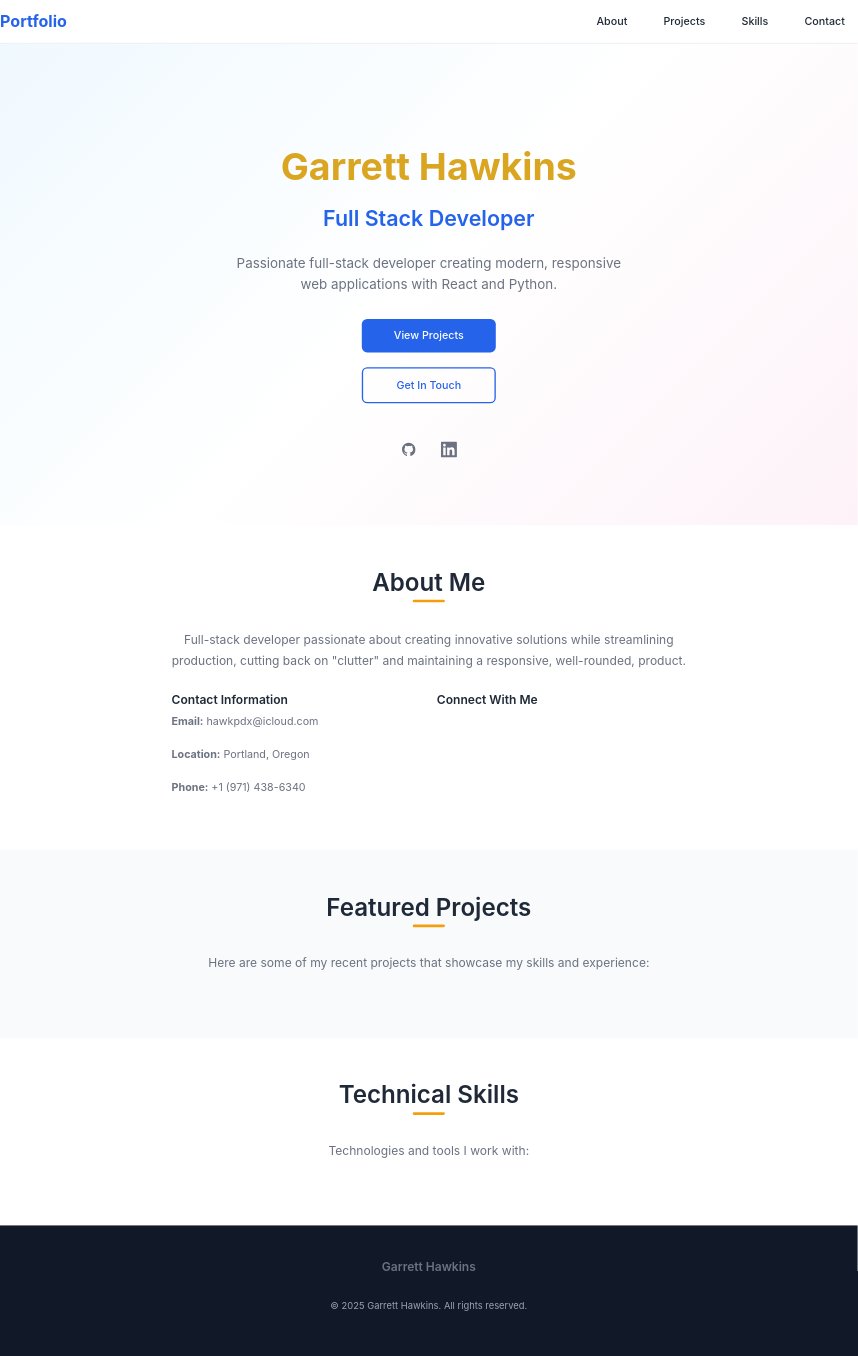
Repository: Hawk-PDX/project-dev-resume
Page: /
These files come from the project's save history. The page is drawn as it stood at one moment and after a run of saves; the edit follows.
The browser window is 1280 px wide. The pictures show the whole page, at 67% of full size.
The page's requests for data from a server got no answer. The project was rebuilt for these pictures with package versions that can differ from the ones it lists, and the page was loaded fresh each time. No one was signed in, and anything a server would have sent is missing. Also part of the build but not shown: vite.config.js.

Above is the page before, as saved 2025-08-27 16:48:09.

### src/index.css
:root {
  font-family: Monaco, monospace;
  line-height: 1.5;
  font-weight: 400;

  color-scheme: light dark;
  color: rgba(255, 255, 255, 0.87);
  background-color: #242424;

  font-synthesis: none;
  text-rendering: optimizeLegibility;
  -webkit-font-smoothing: antialiased;
  -moz-osx-font-smoothing: grayscale;

  --text-color: #646cff; /* Link color */
  --primary-color: goldenrod; /* Color for hover effects */
  --background-color: rgba(255, 255, 255, 0.87); /* Background color for nav */
  --border-color: #ccc; /* Border color */
}



a {
  font-weight: 500;
  color: #646cff;
  margin: 3px;
  padding: 3px;
}
a:hover {
  color: goldenrod;
}

body {
  margin: 0;
  min-width: 320px;
  min-height: 100vh;
}

nav a{
  color: #646cff;
  background-color: rgba(255, 255, 255, 0.87);
}


h1 {
  font-size: 3.2em;
  line-height: 1.1;
}

button {
  border-radius: 8px;
  border: 1px solid transparent;
  padding: 0.6em 1.2em;
  font-size: 1em;
  font-weight: 500;
  font-family: inherit;
  background-color: #1a1a1a;
  cursor: pointer;
  transition: border-color 0.25s;
}
button:hover {
  border-color: goldenrod;
  color: goldenrod;
}
button:focus,
button:focus-visible {
  outline: 4px auto -webkit-focus-ring-color;
}

@media (prefers-color-scheme: light) {
  :root {
    color: #213547;
    background-color: #ffffff;
  }
  a:hover {
    color: goldenrod;
  }
  button {
    background-color: #f9f9f9;
  }
}

### src/App.jsx
import React from 'react';
import Navbar from './components/Navbar';
import Hero from './components/Hero';
import About from './components/About';
import Projects from './components/Projects';
import Skills from './components/Skills';
import Footer from './components/Footer';
import './styles.css';

function App() {
  return (
    <div className="App">
      <Navbar />
      <main style={{ paddingTop: '4rem' }}>
        <Hero />
        <About />
        <Projects />
        <Skills />
      </main>
      <Footer />
    </div>
  );
}

export default App;

### src/components/Navbar.jsx
import React, { useState, useEffect } from 'react';

const Navbar = () => {
  const [isOpen, setIsOpen] = useState(false);
  const [isMobile, setIsMobile] = useState(false);

  const navigation = [
    { name: 'About', href: '#about' },
    { name: 'Projects', href: '#projects' },
    { name: 'Skills', href: '#skills' },
    { name: 'Contact', href: '#contact' },
  ];

  useEffect(() => {
    const checkMobile = () => {
      setIsMobile(window.innerWidth <= 768);
    };

    checkMobile();
    window.addEventListener('resize', checkMobile);

    return () => window.removeEventListener('resize', checkMobile);
  }, []);

  return (
    <nav style={{
      position: 'fixed',
      top: 0,
      left: 0,
      right: 0,
      zIndex: 50,
      backgroundColor: 'rgba(255, 255, 255, 0.95)',
      backdropFilter: 'blur(10px)',
      borderBottom: '1px solid var(--border-color)'
    }}>
      <div className="max-w-7xl mx-auto px-4 sm:px-6 lg:px-8">
        <div style={{
          display: 'flex',
          justifyContent: 'space-between',
          alignItems: 'center',
          height: '4rem'
        }}>
          <div>
            <span style={{
              fontSize: '1.5rem',
              fontWeight: 'bold',
              color: 'var(--primary-color)'
            }}>Portfolio</span>
          </div>

          {!isMobile && (
            <div>
              <div style={{
                display: 'flex',
                gap: '1rem',
                alignItems: 'center'
              }}>
                {navigation.map((item) => (
                  <a
                    key={item.name}
                    href={item.href}
                    style={{
                      color: 'var(--text-color)',
                      padding: '0.5rem 1rem',
                      borderRadius: '0.375rem',
                      textDecoration: 'none',
                      transition: 'color 0.2s ease'
                    }}
                    onMouseEnter={(e) => e.target.style.color = 'var(--primary-color)'}
                    onMouseLeave={(e) => e.target.style.color = 'var(--text-color)'}
                  >
                    {item.name}
                  </a>
                ))}
              </div>
            </div>
          )}

          {isMobile && (
            <div>
              <button
                onClick={() => setIsOpen(!isOpen)}
                style={{
                  color: 'var(--text-color)',
                  padding: '0.5rem',
                  background: 'none',
                  border: 'none',
                  cursor: 'pointer',
                  fontSize: '1.25rem'
                }}
              >
                {isOpen ? '✕' : '☰'}
              </button>
            </div>
          )}
        </div>
      </div>

      {isOpen && isMobile && (
        <div style={{
          backgroundColor: 'var(--background-color)',
          borderBottom: '1px solid var(--border-color)'
        }}>
          <div style={{ padding: '1rem' }}>
            {navigation.map((item) => (
              <a
                key={item.name}
                href={item.href}
                style={{
                  color: 'var(--text-color)',
                  display: 'block',
                  padding: '0.75rem 1rem',
                  textDecoration: 'none',
                  transition: 'color 0.2s ease'
                }}
                onClick={() => setIsOpen(false)}
                onMouseEnter={(e) => e.target.style.color = 'var(--primary-color)'}
                onMouseLeave={(e) => e.target.style.color = 'var(--text-color)'}
              >
                {item.name}
              </a>
            ))}
          </div>
        </div>
      )}
    </nav>
  );
};

export default Navbar;

### src/components/About.jsx
import React from 'react';
import { usePersonalInfo } from '../hooks/useData';

const About = () => {
  const { data: personalInfo, loading } = usePersonalInfo();

  if (loading) return <div className="py-20 text-center">Loading...</div>;

  return (
    <section id="about" className="section" style={{ backgroundColor: 'var(--background-color)' }}>
      <div className="container">
        <div className="text-center mb-8">
          <h2 className="section-title">About Me</h2>
        </div>

        <div style={{ maxWidth: '48rem', margin: '0 auto', textAlign: 'center' }}>
          <p style={{ fontSize: '1.125rem', color: 'var(--text-light)', lineHeight: '1.75' }}>
            {personalInfo?.summary || 'Full-stack developer passionate about creating innovative solutions while streamlining production, cutting back on "clutter" and maintaining a responsive, well-rounded, product.'}
          </p>

          <div style={{ marginTop: '2rem', display: 'grid', gridTemplateColumns: 'repeat(auto-fit, minmax(250px, 1fr))', gap: '1.5rem', textAlign: 'left' }}>
            <div>
              <h3 style={{ fontSize: '1.125rem', fontWeight: '600', color: 'var(--text-color)', marginBottom: '0.5rem' }}>Contact Information</h3>
              <div style={{ display: 'flex', flexDirection: 'column', gap: '0.5rem', color: 'var(--text-light)' }}>
                <p><strong>Email:</strong> {personalInfo?.email || 'hawkpdx@icloud.com'}</p>
                <p><strong>Location:</strong> {personalInfo?.location || 'Portland, Oregon'}</p>
                <p><strong>Phone:</strong> {personalInfo?.phone || '+1 (971) 438-6340'}</p>
              </div>
            </div>

            <div>
              <h3 style={{ fontSize: '1.125rem', fontWeight: '600', color: 'var(--text-color)', marginBottom: '0.5rem' }}>Connect With Me</h3>
              <div style={{ display: 'flex', flexDirection: 'column', gap: '0.5rem' }}>
                {personalInfo?.github && (
                  <a href={personalInfo.github} style={{ color: 'var(--primary-color)', display: 'block' }}>
                    GitHub
                  </a>
                )}
                {personalInfo?.linkedin && (
                  <a href={personalInfo.linkedin} style={{ color: 'var(--primary-color)', display: 'block' }}>
                    LinkedIn
                  </a>
                )}
                {personalInfo?.website && (
                  <a href={personalInfo.website} style={{ color: 'var(--primary-color)', display: 'block' }}>
                    Personal Website
                  </a>
                )}
              </div>
            </div>
          </div>
        </div>
      </div>
    </section>
  );
};

export default About;

### src/components/Projects.jsx
import React from 'react';
import { useProjects } from '../hooks/useData';
import { ArrowTopRightOnSquareIcon } from '@heroicons/react/24/outline';

const Projects = () => {
  const { data: projects, loading } = useProjects();

  console.log("Projects data:", JSON.stringify(projects, null, 2)); // Log the projects data in a readable format
  const uniqueProjects = projects.filter((project, index, self) =>
    index === self.findIndex((p) => p.id === project.id)
  ); // Ensure unique projects

  console.log("Unique Projects data:", JSON.stringify(uniqueProjects, null, 2)); // Log the unique projects data in a readable format

  if (loading) return <div className="py-20 text-center">Loading projects...</div>;

  return (
    <section id="projects" className="section" style={{ backgroundColor: 'var(--card-bg)' }}>
      <div className="container">
        <div className="text-center mb-8">
          <h2 className="section-title">Featured Projects</h2>
          <p style={{ fontSize: '1.125rem', color: 'var(--text-light)', maxWidth: '42rem', margin: '0 auto' }}>
            Here are some of my recent projects that showcase my skills and experience:
          </p>
        </div>

        <div style={{ display: 'grid', gridTemplateColumns: 'repeat(auto-fit, minmax(300px, 1fr))', gap: '2rem' }}>
          {uniqueProjects.map((project) => (
            <div key={project.id} className="card" style={{ overflow: 'hidden' }}>
              <div style={{ height: '12rem', background: 'linear-gradient(135deg, var(--primary-color), #8b5cf6)', display: 'flex', alignItems: 'center', justifyContent: 'center' }}>
                <span style={{ color: 'white', fontSize: '1.25rem', fontWeight: 'bold' }}>{project.title}</span>
              </div>

              <div style={{ padding: '1.5rem' }}>
                <h3 style={{ fontSize: '1.25rem', fontWeight: '600', color: 'var(--text-color)', marginBottom: '0.5rem' }}>{project.title}</h3>
                <p style={{ color: 'var(--text-light)', marginBottom: '1rem' }}>{project.description}</p>

                <div style={{ marginBottom: '1rem' }}>
                  <span style={{ fontSize: '0.875rem', fontWeight: '500', color: 'var(--text-color)' }}>Technologies:</span>
                  <div style={{ display: 'flex', flexWrap: 'wrap', gap: '0.5rem', marginTop: '0.5rem' }}>
                    {project.technologies?.split(',').map((tech) => (
                      <span
                        key={tech}
                        style={{ padding: '0.25rem 0.5rem', backgroundColor: 'rgba(99, 102, 241, 0.1)', color: 'var(--primary-color)', fontSize: '0.75rem', borderRadius: '9999px' }}
                      >
                        {tech.trim()}
                      </span>
                    ))}
                  </div>
                </div>

                <div style={{ display: 'flex', gap: '1rem' }}>
                  {project.github_url && (
                    <a
                      href={project.github_url}
                      style={{ display: 'flex', alignItems: 'center', color: 'var(--text-light)' }}
                      target="_blank"
                      rel="noopener noreferrer"
                    >
                      <span style={{ height: '1.25rem', width: '1.25rem', marginRight: '0.25rem' }}>GitHub</span>
                      Code
                    </a>
                  )}
                  {project.live_url && (
                    <a
                      href={project.live_url}
                      style={{ display: 'flex', alignItems: 'center', color: 'var(--text-light)' }}
                      target="_blank"
                      rel="noopener noreferrer"
                    >
                      <ArrowTopRightOnSquareIcon style={{ height: '1.25rem', width: '1.25rem', marginRight: '0.25rem' }} />
                      Live Demo
                    </a>
                  )}
                </div>
              </div>
            </div>
          ))}
        </div>
      </div>
    </section>
  );
};

export default Projects;

### src/components/Skills.jsx
import React from 'react';
import { useSkills } from '../hooks/useData';

const Skills = () => {
  const { data: skills, loading } = useSkills();

  if (loading) return <div className="py-20 text-center">Loading skills...</div>;

  const skillCategories = Object.keys(skills);

  return (
    <section id="skills" className="section" style={{ backgroundColor: 'var(--background-color)' }}>
      <div className="container">
        <div className="text-center mb-8">
          <h2 className="section-title">Technical Skills</h2>
          <p style={{ fontSize: '1.125rem', color: 'var(--text-light)', maxWidth: '42rem', margin: '0 auto' }}>
            Technologies and tools I work with:
          </p>
        </div>

        <div style={{ display: 'grid', gridTemplateColumns: 'repeat(auto-fit, minmax(250px, 1fr))', gap: '2rem' }}>
          {skillCategories.map((category) => (
            <div key={category} className="card">
              <h3 style={{ fontSize: '1.125rem', fontWeight: '600', color: 'var(--text-color)', marginBottom: '1rem', textTransform: 'capitalize' }}>
                {category}
              </h3>
              <div style={{ display: 'flex', flexDirection: 'column', gap: '0.75rem' }}>
                {skills[category]?.map((skill) => (
                  <div key={skill.name}>
                    <div style={{ display: 'flex', justifyContent: 'space-between', fontSize: '0.875rem', marginBottom: '0.25rem' }}>
                      <span style={{ color: 'var(--text-color)' }}>{skill.name}</span>
                      <span style={{ color: 'var(--text-light)' }}>{skill.level}/5</span>
                    </div>
                    <div style={{ width: '100%', backgroundColor: 'var(--border-color)', borderRadius: '9999px', height: '0.5rem' }}>
                      <div
                        style={{ backgroundColor: 'var(--primary-color)', height: '0.5rem', borderRadius: '9999px', width: `${(skill.level / 5) * 100}%` }}
                      ></div>
                    </div>
                  </div>
                ))}
              </div>
            </div>
          ))}
        </div>
      </div>
    </section>
  );
};

export default Skills;

### src/components/Footer.jsx
import React from 'react';
import { usePersonalInfo } from '../hooks/useData';

const Footer = () => {
  const { data: personalInfo } = usePersonalInfo();

  return (
    <footer style={{ backgroundColor: '#111827', color: 'white', padding: '3rem 0' }}>
      <div className="container">
        <div style={{ textAlign: 'center' }}>
          <p style={{ fontSize: '1.125rem', fontWeight: '600', marginBottom: '1rem' }}>
            {personalInfo?.name || 'Garrett Hawkins'}
          </p>
          <div style={{ display: 'flex', justifyContent: 'center', gap: '1.5rem', marginBottom: '1rem' }}>
            {personalInfo?.email && (
              <a href={`mailto:${personalInfo.email}`} style={{ color: '#d1d5db' }}>
                {personalInfo.email}
            </a>
            )}
            {personalInfo?.phone && (
              <span style={{ color: '#d1d5db' }}>{personalInfo.phone}</span>
            )}
            {personalInfo?.linkedin && (
              <a href={personalInfo.linkedin} style={{ color: '#d1d5db' }}>
                LinkedIn
              </a>
            )}
            {personalInfo?.github && (
              <a href={personalInfo.github} style={{ color: '#d1d5db' }}>
                GitHub
              </a>
            )}
          </div>
          <p style={{ color: '#9ca3af', fontSize: '0.875rem' }}>
            © 2025 {personalInfo?.name || 'Garrett Hawkins'}. All rights reserved.
          </p>
        </div>
      </div>
    </footer>
  );
};

export default Footer;

### src/styles.css
/* Modern, professional color scheme */
:root {
  --primary-color: #2563eb;
  --secondary-color: #64748b;
  --accent-color: #f59e0b;
  --background-color: #ffffff;
  --text-color: #1f2937;
  --text-light: #6b7280;
  --border-color: #e5e7eb;
  --success-color: #10b981;
  --error-color: #ef4444;
  --card-bg: #f8fafc;
  --hover-color: #f1f5f9;
}

/* Dark mode support */
@media (prefers-color-scheme: dark) {
  :root {
    --background-color: #0f172a;
    --text-color: #f1f5f9;
    --text-light: #94a3b8;
    --border-color: #334155;
    --card-bg: #1e293b;
    --hover-color: #334155;
  }
}

/* Base styles */
* {
  margin: 0;
  padding: 0;
  box-sizing: border-box;
}

html {
  scroll-behavior: smooth;
}

body {
  font-family: 'Inter', system-ui, -apple-system, BlinkMacSystemFont, 'Segoe UI', Roboto, sans-serif;
  line-height: 1.6;
  color: var(--text-color);
  background-color: var(--background-color);
  -webkit-font-smoothing: antialiased;
  -moz-osx-font-smoothing: grayscale;
}

/* Typography */
h1, h2, h3, h4, h5, h6 {
  font-weight: 600;
  line-height: 1.2;
  margin-bottom: 1rem;
}

h1 {
  font-size: 3rem;
  font-weight: 700;
}

h2 {
  font-size: 2.25rem;
}

h3 {
  font-size: 1.875rem;
}

p {
  margin-bottom: 1rem;
  color: var(--text-light);
}

/* Links */
a {
  color: var(--primary-color);
  text-decoration: none;
  transition: color 0.2s ease;
}

a:hover {
  color: var(--accent-color);
}

/* Buttons */
.btn {
  display: inline-flex;
  align-items: center;
  justify-content: center;
  padding: 0.75rem 1.5rem;
  border-radius: 0.5rem;
  font-weight: 500;
  text-decoration: none;
  transition: all 0.2s ease;
  border: none;
  cursor: pointer;
  font-size: 1rem;
}

.btn-primary {
  background-color: var(--primary-color);
  color: white;
}

.btn-primary:hover {
  background-color: #1d4ed8;
  transform: translateY(-1px);
}

.btn-secondary {
  background-color: transparent;
  color: var(--primary-color);
  border: 2px solid var(--primary-color);
}

.btn-secondary:hover {
  background-color: var(--primary-color);
  color: white;
}

/* Container */
.container {
  max-width: 1200px;
  margin: 0 auto;
  padding: 0 1rem;
}

/* Section spacing */
.section {
  padding: 4rem 0;
}

.section-title {
  text-align: center;
  margin-bottom: 3rem;
  position: relative;
}

.section-title::after {
  content: '';
  position: absolute;
  bottom: -0.5rem;
  left: 50%;
  transform: translateX(-50%);
  width: 3rem;
  height: 0.25rem;
  background-color: var(--accent-color);
  border-radius: 0.125rem;
}

/* Card component */
.card {
  background: var(--card-bg);
  border-radius: 0.75rem;
  padding: 1.5rem;
  border: 1px solid var(--border-color);
  transition: transform 0.2s ease, box-shadow 0.2s ease;
}

.card:hover {
  transform: translateY(-2px);
  box-shadow: 0 10px 25px rgba(0, 0, 0, 0.1);
}

/* Utility classes */
.text-center {
  text-align: center;
}

.mb-1 { margin-bottom: 0.25rem; }
.mb-2 { margin-bottom: 0.5rem; }
.mb-4 { margin-bottom: 1rem; }
.mb-6 { margin-bottom: 1.5rem; }
.mb-8 { margin-bottom: 2rem; }

.mt-1 { margin-top: 0.25rem; }
.mt-2 { margin-top: 0.5rem; }
.mt-4 { margin-top: 1rem; }
.mt-6 { margin-top: 1.5rem; }
.mt-8 { margin-top: 2rem; }

/* Responsive design */
@media (max-width: 768px) {
  .container {
    padding: 0 0.5rem;
  }

  h1 {
    font-size: 2.25rem;
  }

  h2 {
    font-size: 1.875rem;
  }

  .section {
    padding: 2rem 0;
  }

  .btn {
    padding: 0.625rem 1.25rem;
    font-size: 0.875rem;
  }
}

Loaded but not shown: index.html (common file); src/main.jsx (common file); src/hooks/useData.js (94 lines, source omitted); src/services/api.js (56 lines, source omitted); src/components/Hero.jsx (106 lines, source omitted)

After the next 2 saves:
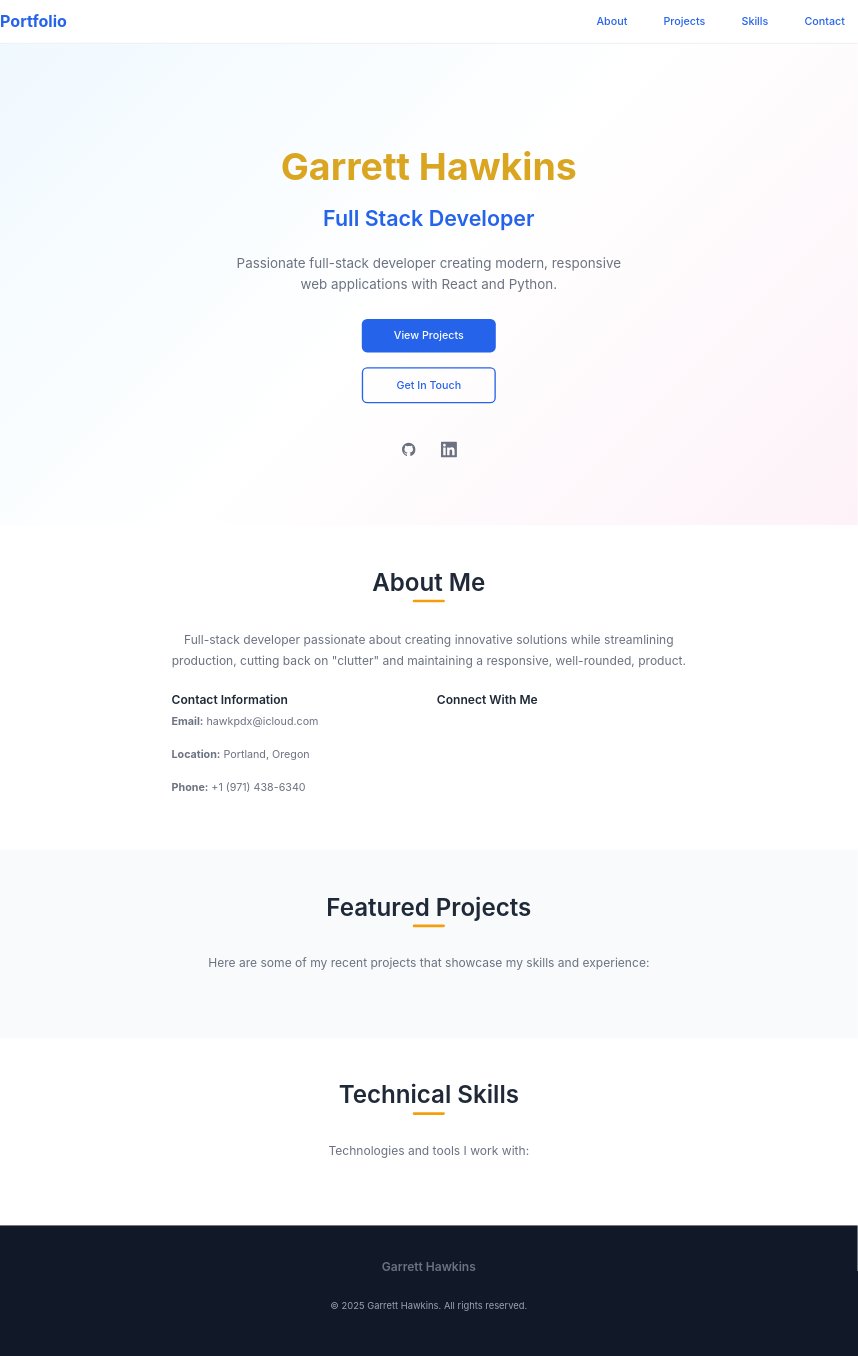
The 2 saves are shown as one change because 1 did not build or start.
The last was saved 4 min 9 s later.
--- a/src/components/Navbar.jsx
+++ b/src/components/Navbar.jsx
@@ -60,14 +60,14 @@
                     key={item.name}
                     href={item.href}
                     style={{
-                      color: 'var(--text-color)',
+                      color: 'var(--primary-color)', // Updated for better visibility
                       padding: '0.5rem 1rem',
                       borderRadius: '0.375rem',
                       textDecoration: 'none',
                       transition: 'color 0.2s ease'
                     }}
-                    onMouseEnter={(e) => e.target.style.color = 'var(--primary-color)'}
-                    onMouseLeave={(e) => e.target.style.color = 'var(--text-color)'}
+                    onMouseEnter={(e) => e.target.style.color = 'var(--accent-color)'}
+                    onMouseLeave={(e) => e.target.style.color = 'var(--primary-color)'}
                   >
                     {item.name}
                   </a>
@@ -107,15 +107,15 @@
                 key={item.name}
                 href={item.href}
                 style={{
-                  color: 'var(--text-color)',
+                  color: 'var(--primary-color)', // Updated for better visibility
                   display: 'block',
                   padding: '0.75rem 1rem',
                   textDecoration: 'none',
                   transition: 'color 0.2s ease'
                 }}
                 onClick={() => setIsOpen(false)}
-                onMouseEnter={(e) => e.target.style.color = 'var(--primary-color)'}
-                onMouseLeave={(e) => e.target.style.color = 'var(--text-color)'}
+                onMouseEnter={(e) => e.target.style.color = 'var(--accent-color)'}
+                onMouseLeave={(e) => e.target.style.color = 'var(--primary-color)'}
               >
                 {item.name}
               </a>
